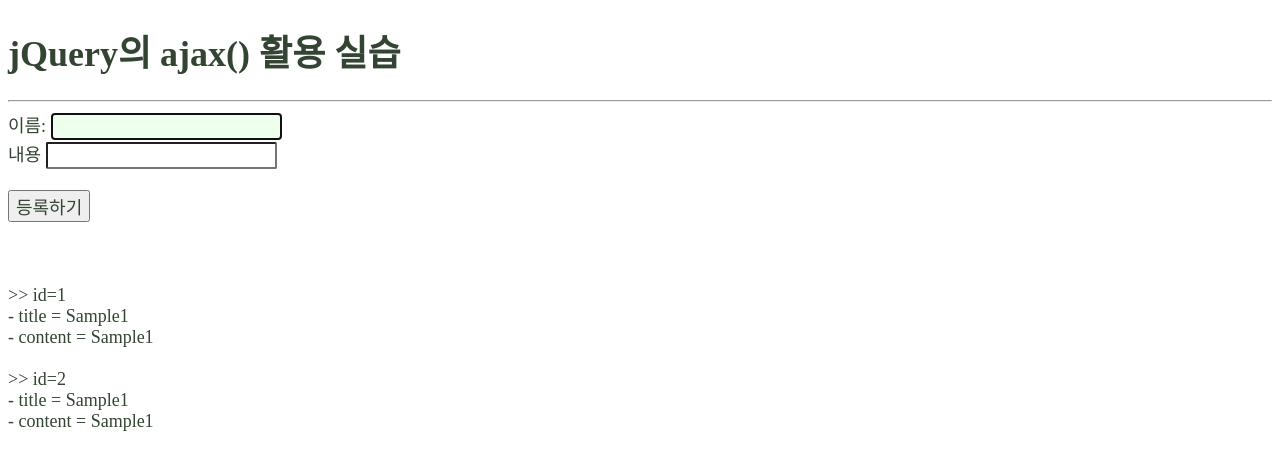
Repository: Jeong43/WebStudy
Page: http://localhost/AjaxJqueryApp04/AjaxTest03.jsp
These files come from the project's save history. The page is drawn as it stood at one moment and after the next save; the edit follows.
The browser window is 1280 px wide. The pictures show the whole page.
Empty fields were first filled with sample values (such as "Sample", 5 or name@example.com).
After loading, the first visible `#sendBtn` was clicked once.
The page is served by Tomcat 9.

Above is the page before, as saved 2021-12-08 02:14:42.

### AjaxJqueryApp04/WebContent/AjaxTest03.jsp
<%@ page contentType="text/html; charset=UTF-8"%>
<%@ taglib prefix="c" uri="http://java.sun.com/jsp/jstl/core"%>
<%
	request.setCharacterEncoding("UTF-8");
String cp = request.getContextPath();
%>
<!DOCTYPE html>
<html>
<head>
<meta charset="UTF-8">
<link rel="stylesheet" type="text/css" href="<%=cp%>/css/main.css">
<script type="text/javascript"
	src="http://code.jquery.com/jquery.min.js"></script>

<script type="text/javascript">
	$(function()
	{
		$("#sendBtn").click(
				function()
				{
					//alert("sendBtn test");

					// data 구성
					var params = "title=" + $.trim($("#title").val())
							+ "&content=" + $.trim($("#content").val());

					// check~!!!
					// jQuery 의 ajax() 함수 사용(호출)
					$.ajax(
					{
						/* [내가 해결] */
						/*
						type : "POST"
						, url : "AjaxTest03_ok.jsp"
						, data : params
						//, async : true			//-- 동기 @true(비동기, defaul 값), false(동기)
						, dataType : "xml"			//-- check~!!!
						, success : function(args)
						{
							//alert("success Test");

							var out = "";
							$(args).find("records").each(function()
							{
								var item = $(this);

								var id = item.attr("id");
								var title = item.find("title").text();
								var content = item.find("content").text();

								out += "<br>>> id=" + id ;
								out += "<br> - title = " + title;
								out += "<br> - content = " + content;
								out += "<br>";
							});

							$("#resultDiv").html(out);

							$("#title").val("");
							$("#content").val("");
							$("#title").focus();
						}
						, beforeSend : showRequest
						, error : function(e)
						{
							alert(e.responseText);
						}
						*/

						/* [함께 해결] */
						type : "POST"
						, url : "AjaxTest03_ok.jsp"
						, data : params
						, dataType : "xml"			//-- check~!!!
						, success : function(xml)
						{
							$(xml).find("status").each(function()
							{
								var status = $(this).text();
								alert(status);
							});

							var out = "";

							$(xml).find("records").each(function()
							{
								var recods = $(this);

								var id = recods.attr("id");
								var title = recods.find("title").text();
								var content = recods.find("content").text();

								out += "<br>>> id=" + id ;
								out += "<br> - title = " + title;
								out += "<br> - content = " + content;
								out += "<br>";
							});

							$("#resultDiv").html(out);

							$("#title").val("");
							$("#content").val("");
							$("#title").focus();
						}
						, beforeSend : showRequest
						, error : function(e)
						{
							alert(e.responseText);
						}

					});

				});
	});

	function showRequest()
	{
		if (!$.trim($("#title").val()))
		{
			alert("제목을 입력해야 합니다.");
			$("#title").focus();

			return false;
		}

		if (!$.trim($("#content").val()))
		{
			alert("내용을 입력해야 합니다.");
			$("#content").focus();

			return false;
		}

		return true;
	}
</script>


<title>AjaxTest04.jsp</title>
</head>
<body>

	<div>
		<h1>jQuery의 ajax() 활용 실습</h1>
		<hr />
	</div>

	<div>
		이름: <input type="text" id="title" class="txt" /> <br />
		내용 <input type="text" id="content" class="txt">
		<br /> <br />

		<input type="button" value="등록하기" id="sendBtn" />
	</div>
	<br><br>

	<div id="resultDiv"></div>


</body>
</html>

### AjaxJqueryApp04/WebContent/css/main.css
@charset "UTF-8";


body, p, div, span, input, table, th, td, select
{
	font-size: 18px;
	color: #343;
	font-family: 맑은 고딕;
}

.txt
{
	font-weight: blod;
	border-radius: 2px;
}

.txt:focus
{
	background-color: #eeffee;
}

.control
{
	border: 1px solid gray;
	border-radius: 3px;
}

.table
{
	border-collapse: collapse;
	width: 100%;
}


.table th, .table td
{
	border: 1px solid gray;
	border-left: 0px;
	border-right: 0px;
	padding: 3px;
	line-height: 150%
}

.table th
{
	font-weight: bold;
	background-color: #EEE;
}

.btn
{
	font-weight: bold;
}

.btn:hover
{
	color: white;
	background-color: #778877;
}

### AjaxJqueryApp04/WebContent/AjaxTest03_ok.jsp
<%@ page contentType="text/html; charset=UTF-8"
%><%@ taglib prefix="c" uri="http://java.sun.com/jsp/jstl/core"
%><%
	request.setCharacterEncoding("UTF-8");
	String cp = request.getContextPath();
%><%
	// AjaxTest03_ok.jsp

	String name = request.getParameter("name");
	String content = request.getParameter("content");

	response.setContentType("text/xml");

%><?xml version="1.0" encoding="UTF-8"?>
<root>
	<status>true</status>
	<records id="1">
		<title>${param.title }1</title>
		<content>${param.content }1</content>
	</records>
	<records id="2">
		<title>${param.title }1</title>
		<content>${param.content }1</content>
	</records>
</root>

After the next save:
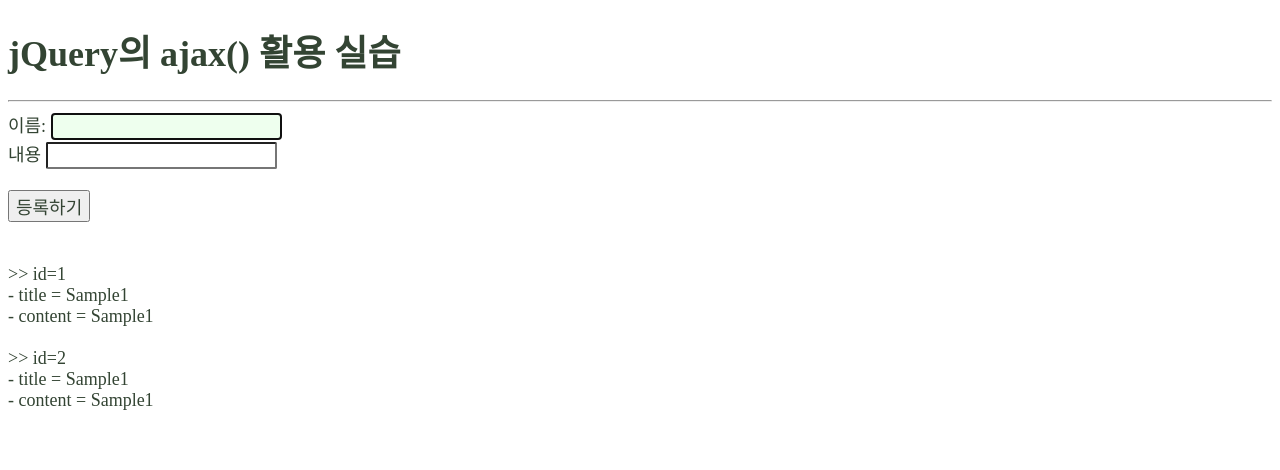
Saved 5 min 53 s later.
--- a/AjaxJqueryApp04/WebContent/AjaxTest03.jsp
+++ b/AjaxJqueryApp04/WebContent/AjaxTest03.jsp
@@ -80,7 +80,7 @@
 								alert(status);
 							});
 
-							var out = "";
+							var str = "";
 
 							$(xml).find("records").each(function()
 							{
@@ -90,13 +90,13 @@
 								var title = recods.find("title").text();
 								var content = recods.find("content").text();
 
-								out += "<br>>> id=" + id ;
-								out += "<br> - title = " + title;
-								out += "<br> - content = " + content;
-								out += "<br>";
+								str += ">> id=" + id ;
+								str += "<br>- title = " + title;
+								str += "<br>- content = " + content;
+								str += "<br><br>";
 							});
 
-							$("#resultDiv").html(out);
+							$("#resultDiv").html(str);
 
 							$("#title").val("");
 							$("#content").val("");
